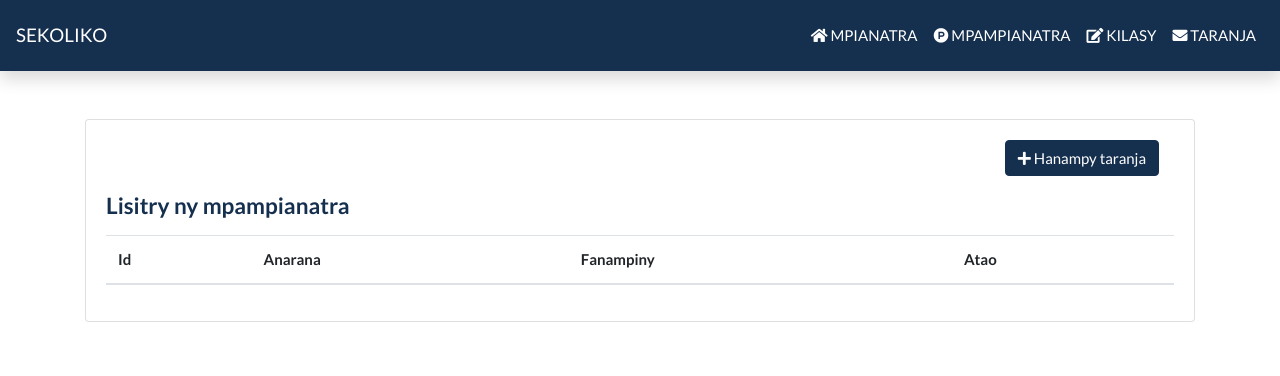
Repository: niainamahefa/j2ee-sekoliko
Page: http://localhost/Ecole/professeur
An editor plug-in stored every save of this project. The page is shown before and after the next save, followed by the edit.
The browser window is 1280 px wide. The pictures show the whole page.
The page is served by Tomcat 9. Other server files are loaded and not shown. Queries for data that is not in the repository find no rows.

Above is the page before, as saved 2021-02-07 14:31:29.

### Ecole/WebContent/WEB-INF/professeur.jsp
<%@ page language="java" contentType="text/html; charset=ISO-8859-1"
    pageEncoding="ISO-8859-1"%>
<%@ taglib uri="http://java.sun.com/jsp/jstl/core" prefix="c" %>
<!DOCTYPE html>
<html>
<head>
<meta charset="ISO-8859-1">
<title>Sekoliko</title>
    <!-- Bootstrap core CSS -->
	<link href="./assets/css/bootstrap.min.css" rel="stylesheet">
	  <link href="./assets/fontawesome-free/css/all.min.css" rel="stylesheet" type="text/css">
</head>
<body>
	<nav class="navbar navbar-expand-lg  navbar-dark  bg-primary  shadow container-fluid">

            <a class="navbar-brand lnav" href="#" data-scroll="acceuill">SEKOLIKO</a>
            <button class="navbar-toggler" type="button" data-toggle="collapse" data-target="#navbarNav" aria-controls="navbarNav" aria-expanded="false" aria-label="Toggle navigation">
                <span class="navbar-toggler-icon"></span>
            </button>
            <div class="collapse navbar-collapse " id="navbarNav">
                <ul class="navbar-nav ml-auto">
                  <li class="nav-item">
                    <a class="nav-link lnav" href="eleve" data-scroll="eleve"><i class="fas fa-home "></i> MPIANATRA <span class="sr-only">(current)</span></a>
                </li>
                <li class="nav-item">
                    <a class="nav-link lnav" href="professeur" data-scroll="produit"><i class="fab fa-product-hunt"></i> MPAMPIANATRA</a>
                </li>
                <li class="nav-item">
                        <a class="nav-link lnav" href="classe" data-scroll="inscription"><i class ="fa fa-edit"></i> KILASY</a>
                    </li>
                <li class="nav-item">
                    <a class="nav-link lnav" href="eleve" data-scroll="contact"><i class ="fa fa-envelope"></i> TARANJA</a>
                </li>
            </ul>
        </div>
    </nav>

    <div class="container mt-5">
    	<div class="card">
    		<div class="card-body">
    		 <div class="container text-right">
    		 	<a href="<%= request.getContextPath()%>/nouveau" class="btn btn-primary"  ><i class ="fas fa-plus"></i> Hanampy taranja</a>
    		 </div>
    			<table class="table mt-3 " id="table_charge">
    			<h4 class="text-primary mt-3 font-weight-bold">Lisitry ny mpampianatra </h4>
                    <thead>
                        <tr>
                            <th>Id</th>
                            <th>Anarana</th>
                            <th>Fanampiny</th>
                             <th>Atao</th>

                        </tr>
                    </thead>
                    <tbody>
                       <c:forEach var="eleve" items="${listProfesseur }">
                            <tr>
                           		 <td><c:out value="${eleve.prof_id }"/></td>
                                <td><c:out value="${eleve.prof_nom }"/></td>
                                <td><c:out value="${eleve.prof_prenom }"/></td>
                                <td>
                                <a class="btn btn-sm btn-success" href="editer?prof_id=<c:out value="${eleve.prof_id }"/>" ><i class="fas fa-edit"></i></a>
                                <a class="btn btn-sm btn-danger" href="supprimer?prof_id=<c:out value="${eleve.prof_id }"/>" ><i class="fas fa-trash"></i></a>
                                </td>
                            </tr>
                   		</c:forEach>
                    </tbody>
                </table>
    		</div>
    	</div>
    </div>

</body>
</html>

### Ecole/src/com/ecole/servlet/ProfesseurServlet.java
package com.ecole.servlet;

import java.io.IOException;
import java.sql.SQLException;
import java.util.List;
import javax.servlet.RequestDispatcher;
import javax.servlet.ServletException;
import javax.servlet.annotation.WebServlet;
import javax.servlet.http.HttpServlet;
import javax.servlet.http.HttpServletRequest;
import javax.servlet.http.HttpServletResponse;

import com.ecole.dao.ProfesseurDao;
import com.ecole.model.Professeur;

/**
 * Servlet implementation class AccueilServlet
 */
@WebServlet("/ProfesseurServlet")
public class ProfesseurServlet extends HttpServlet {
	private static final long serialVersionUID = 1L;

	private ProfesseurDao professeurDao;

    /**
     * @see HttpServlet#HttpServlet()
     */
    public ProfesseurServlet() {
        super();
        // TODO Auto-generated constructor stub
    }

    public void init()  throws ServletException {
    	professeurDao = new ProfesseurDao();
    }

    /**
	 * @see HttpServlet#doPost(HttpServletRequest request, HttpServletResponse response)
	 */
	protected void doPost(HttpServletRequest request, HttpServletResponse response) throws ServletException, IOException {
		// TODO Auto-generated method stub
		doGet(request, response);
	}

	/**
	 * @see HttpServlet#doGet(HttpServletRequest request, HttpServletResponse response)
	 */
	protected void doGet(HttpServletRequest request, HttpServletResponse response) throws ServletException, IOException {
		// TODO Auto-generated method stub
		response.getWriter().append("Served at: ").append(request.getContextPath());

		String action = request.getServletPath();

		switch (action) {
		case "/nouveau":
			showAddForm(request, response);
			break;

		case "/inserer":
			try {
				insertProfesseur(request, response);
			} catch (SQLException e) {
				// TODO Auto-generated catch block
				e.printStackTrace();
			} catch (IOException e) {
				// TODO Auto-generated catch block
				e.printStackTrace();
			}
			break;

		case "/editer":
			showEditForm(request, response);
			break;

		case "/supprimer":
			try {
				deleteProfesseur(request, response);
			} catch (SQLException e) {
				// TODO Auto-generated catch block
				e.printStackTrace();
			} catch (IOException e) {
				// TODO Auto-generated catch block
				e.printStackTrace();
			}
			break;

		case "/modifier":
			updateProfesseur(request, response);
			break;

			default:
				listProfesseur(request, response);
				break;

		}

	}

	private void showAddForm(HttpServletRequest request, HttpServletResponse response)
			throws ServletException, IOException
	{
		 request.getRequestDispatcher("/WEB-INF/professeur-form.jsp").forward(request, response);
	}

	// INSERT MATIERE
	private void insertProfesseur(HttpServletRequest request, HttpServletResponse response)
			throws SQLException, IOException
	{
		String prof_nom = request.getParameter("prof_nom");
		String prof_prenom = request.getParameter("prof_prenom");
		Professeur professeur = new Professeur(prof_nom, prof_prenom);
		professeurDao.insertProfesseur(professeur);
		response.sendRedirect("professeur");

	}

	// DELETE MATIERE
	private void deleteProfesseur(HttpServletRequest request, HttpServletResponse response)
			throws SQLException, IOException
	{
		int elv_id = Integer.parseInt(request.getParameter("elv_id"));

		try {
			professeurDao.deleteProfesseur(elv_id);
		} catch (Exception e) {
			// TODO: handle exception
			e.printStackTrace();
		}

		response.sendRedirect("professeur");
	}

	// EDIT MATIERE
	private void showEditForm(HttpServletRequest request, HttpServletResponse response)
			throws ServletException, ServletException, IOException
	{

		int elv_id = Integer.parseInt(request.getParameter("elv_id"));

		Professeur existingProfesseur;

		try {
			existingProfesseur = professeurDao.selectProfesseur(elv_id);
			RequestDispatcher dispatcher = request.getRequestDispatcher("/WEB-INF/accueil.jsp");
			request.setAttribute("professeur", existingProfesseur);
		} catch (Exception e) {
			e.printStackTrace();
		}
	}

	// UPDATE
	private void updateProfesseur(HttpServletRequest request, HttpServletResponse response)
			throws ServletException, ServletException, IOException
	{
		int elv_id = Integer.parseInt(request.getParameter("elv_id"));
		String prof_nom = request.getParameter("prof_nom");
		String prof_prenom = request.getParameter("prof_prenom");
		Professeur professeur = new Professeur(prof_nom, prof_prenom);
		professeurDao.updateProfesseur(professeur);
		response.sendRedirect("professeur");

	}

	//DEFAULT
	private void listProfesseur(HttpServletRequest request, HttpServletResponse response)
			throws ServletException, ServletException, IOException {

		try {
			List<Professeur> listProfesseur = professeurDao.selectAllProfesseur();
			request.setAttribute("listProfesseur", listProfesseur);
			request.getRequestDispatcher("/WEB-INF/professeur.jsp").forward(request, response);

		} catch (Exception e) {
			e.printStackTrace();
		}
	}


}

Loaded but not shown: Ecole/WebContent/assets/css/bootstrap.min.css (library); Ecole/WebContent/assets/fontawesome-free/css/all.min.css (library)

After the next save:
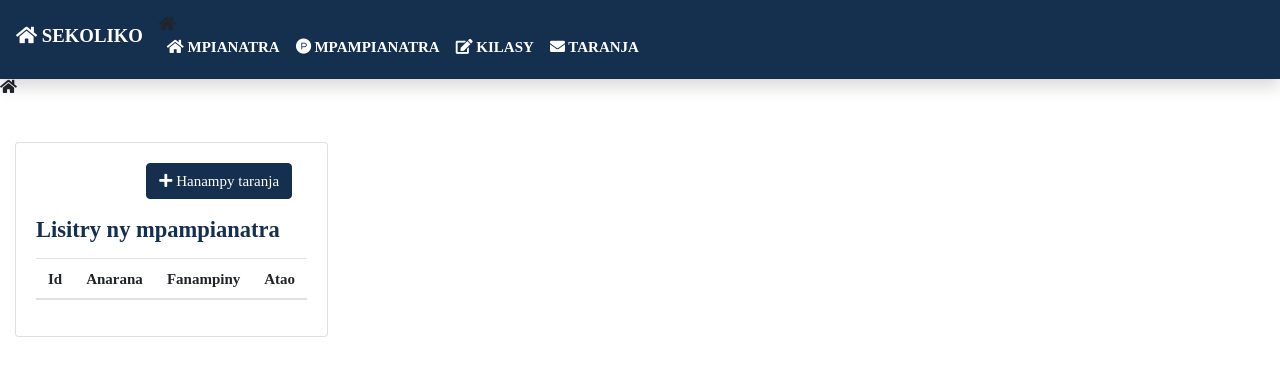
Saved 47 s later.
--- a/Ecole/WebContent/WEB-INF/professeur.jsp
+++ b/Ecole/WebContent/WEB-INF/professeur.jsp
@@ -13,7 +13,7 @@
 <body>
 	<nav class="navbar navbar-expand-lg  navbar-dark  bg-primary  shadow container-fluid">
 
-            <a class="navbar-brand lnav" href="#" data-scroll="acceuill">SEKOLIKO</a>
+            <a class="navbar-brand lnav h1" href="#" data-scroll="acceuill"><i class="fas fa-home "> SEKOLIKO</a>
             <button class="navbar-toggler" type="button" data-toggle="collapse" data-target="#navbarNav" aria-controls="navbarNav" aria-expanded="false" aria-label="Toggle navigation">
                 <span class="navbar-toggler-icon"></span>
             </button>
